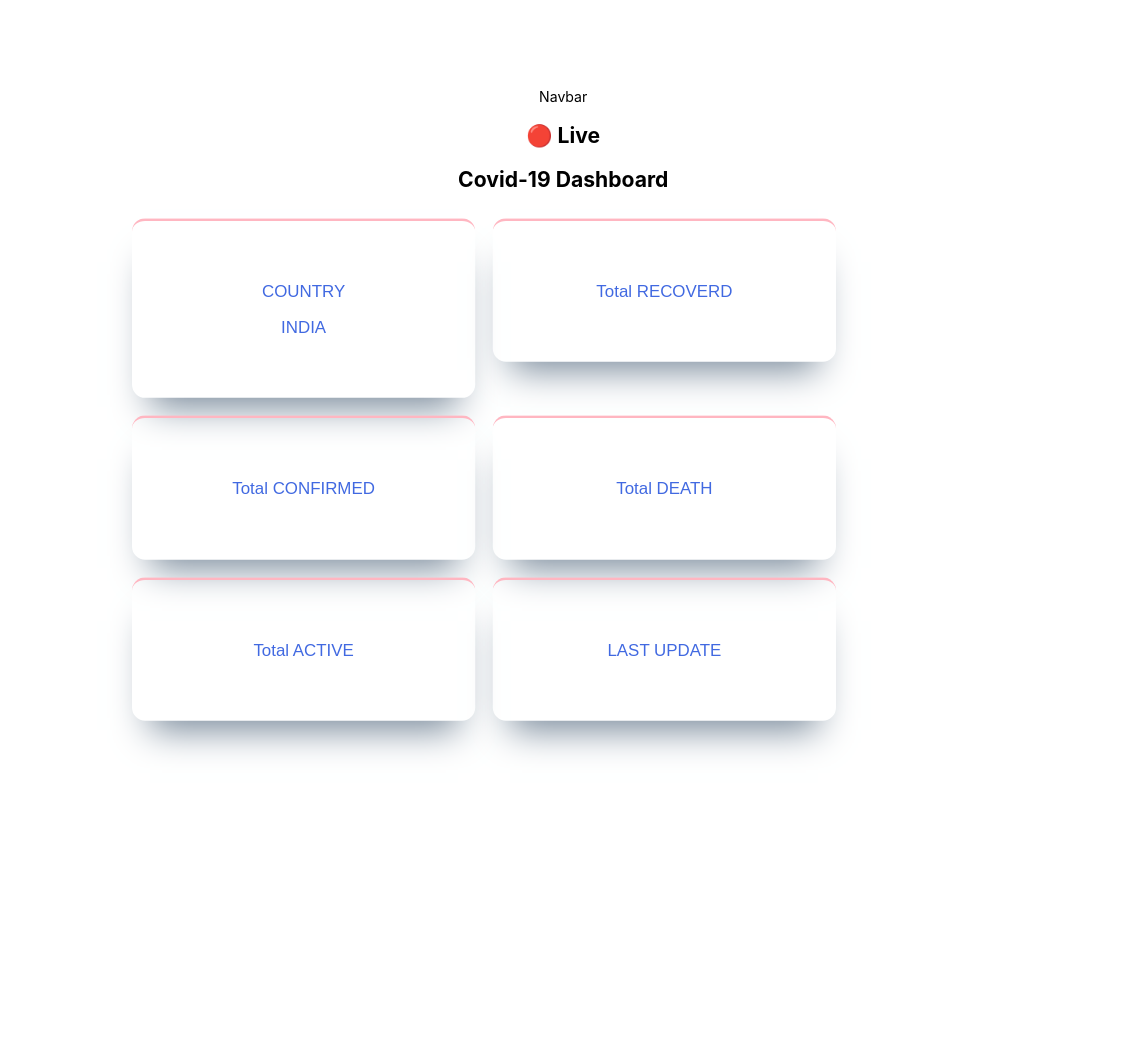
Repository: Aniketlamage/covid19-dashboard
Page: /
These files come from the project's save history. The page is drawn as it stood at one moment and after the next save; the edit follows.
The browser window is 1280 px wide. The pictures show the whole page, at 88% of full size.
The page's requests for data from a server got no answer. The project was rebuilt for these pictures with package versions that can differ from the ones it lists, and the page was loaded fresh each time. No one was signed in, and anything a server would have sent is missing.

Above is the page before, as saved 2021-09-30 22:01:58.

After the next save:
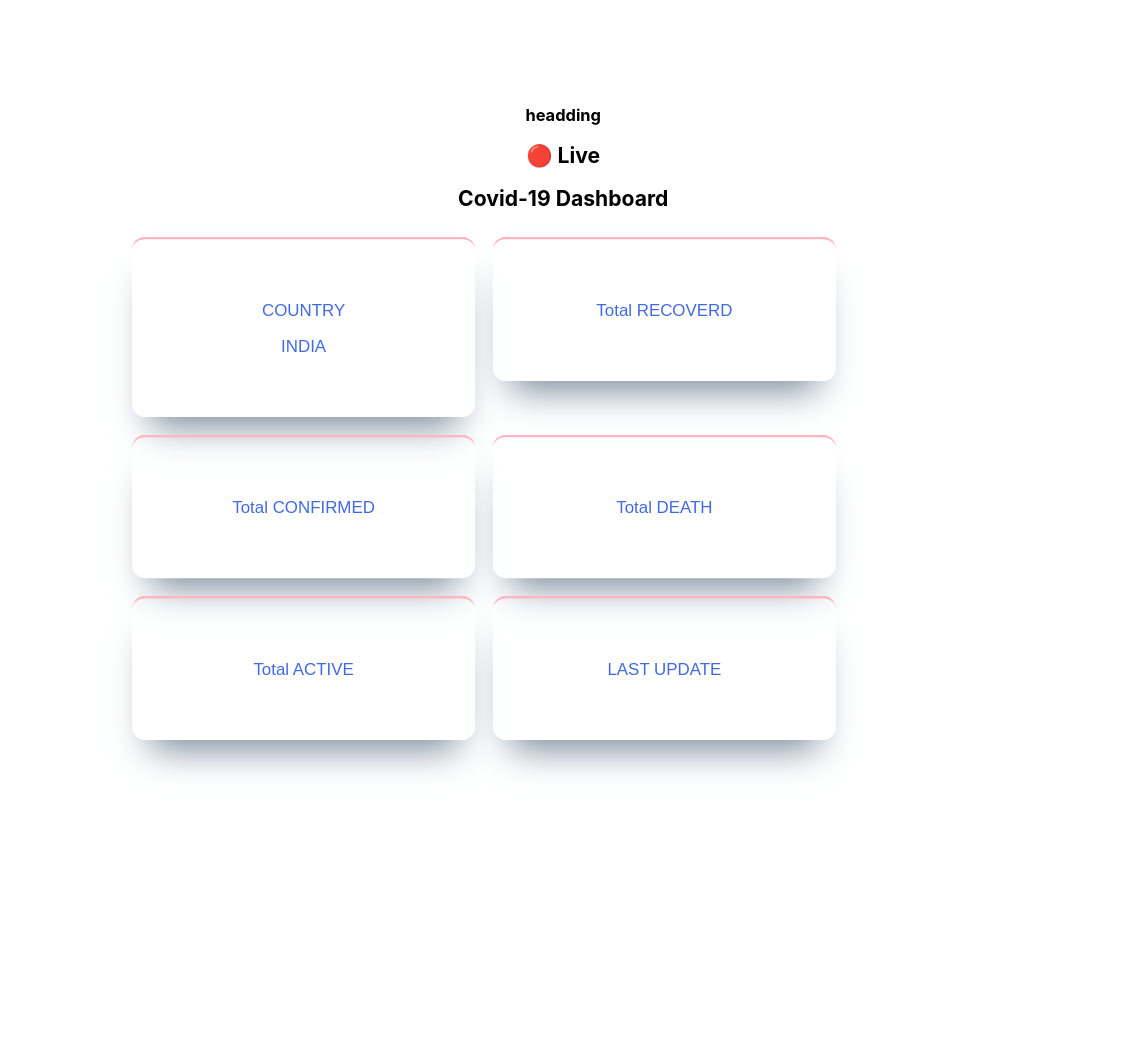
Saved 31 s later.
--- a/src/components/covid.js
+++ b/src/components/covid.js
@@ -23,8 +23,7 @@ return(
 
 <div class="container">
   <nav class="navbar navbar-expand-lg navbar-light bg-light">
-    <a class="navbar-brand" >Navbar</a>
-  </nav>
+<h1>headding</h1>  </nav>
 </div>
 
     <h1>🔴 Live </h1>
